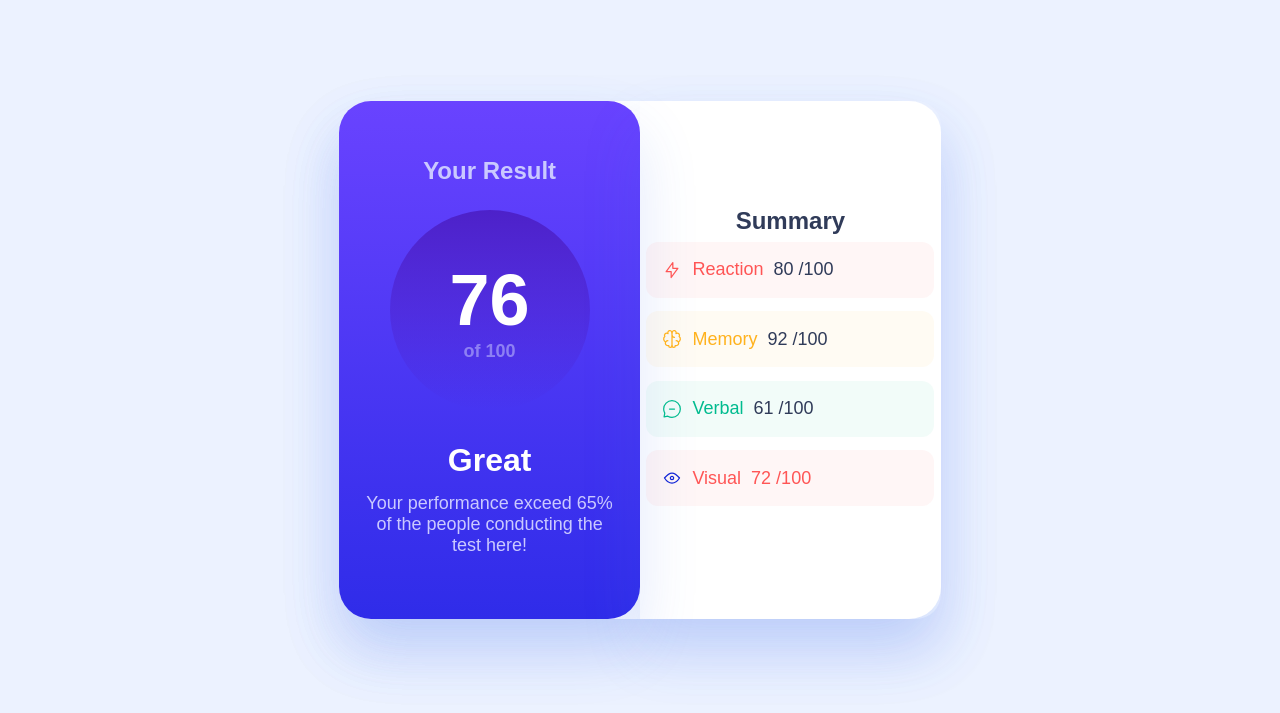
Repository: KamoliddinGIT/result-summary
Page: index.html
An editor plug-in stored every save of this project. The page is shown before and after the next save, followed by the edit.
The browser window is 1280 px wide. The pictures show the whole page.
Some web fonts or font styles are not loaded; a fallback is used.

Above is the page before, as saved 2023-09-08 16:08:11.

After the next save:
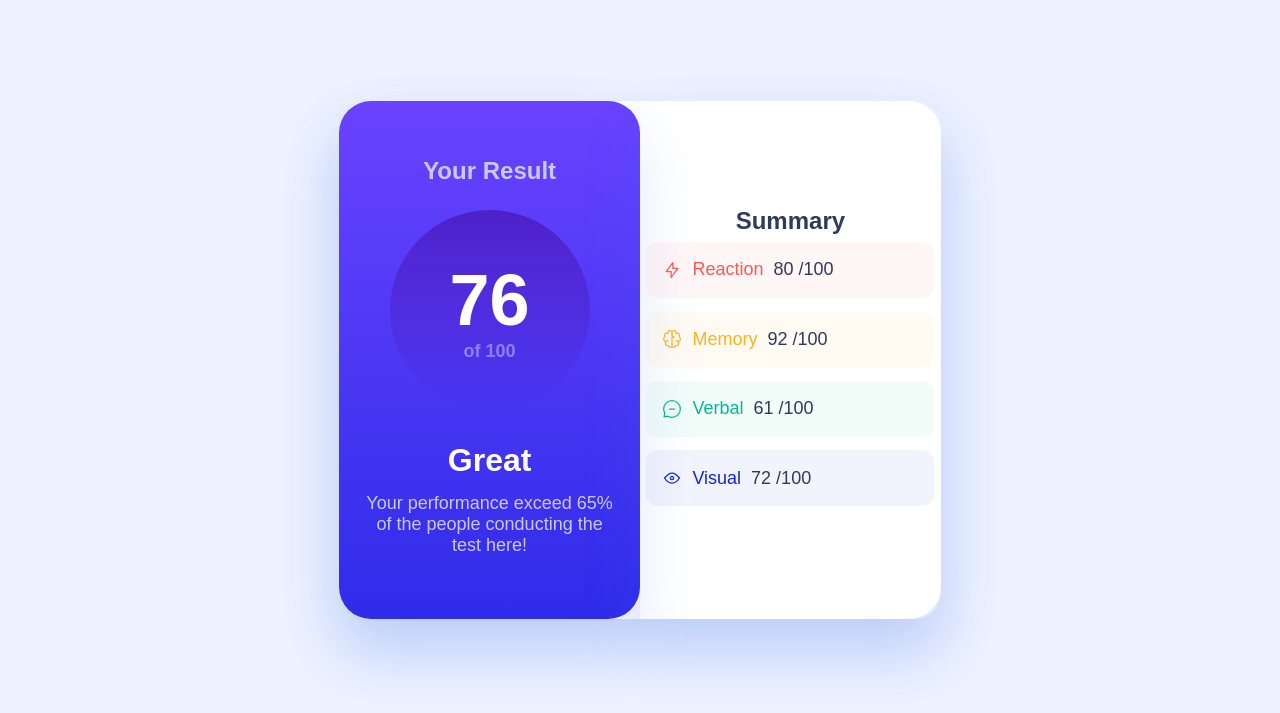
Saved 15 s later.
--- a/css/style.css
+++ b/css/style.css
@@ -218,13 +218,12 @@ body {
   align-items: center;
   height: 56px;
   padding: 16px;
-  background: rgba(255, 85, 85, 0.05);
-  color: #f55;
+  background: rgba(17, 37, 214, 0.05);
   border-radius: 12px;
 }
 
 .summary__stats__item__4 h2 {
   font-size: 18px;
-  color: #f55;
-  font-weight: normal;
-}
+  color: #1125d6;
+  font-weight: normal;
+}
